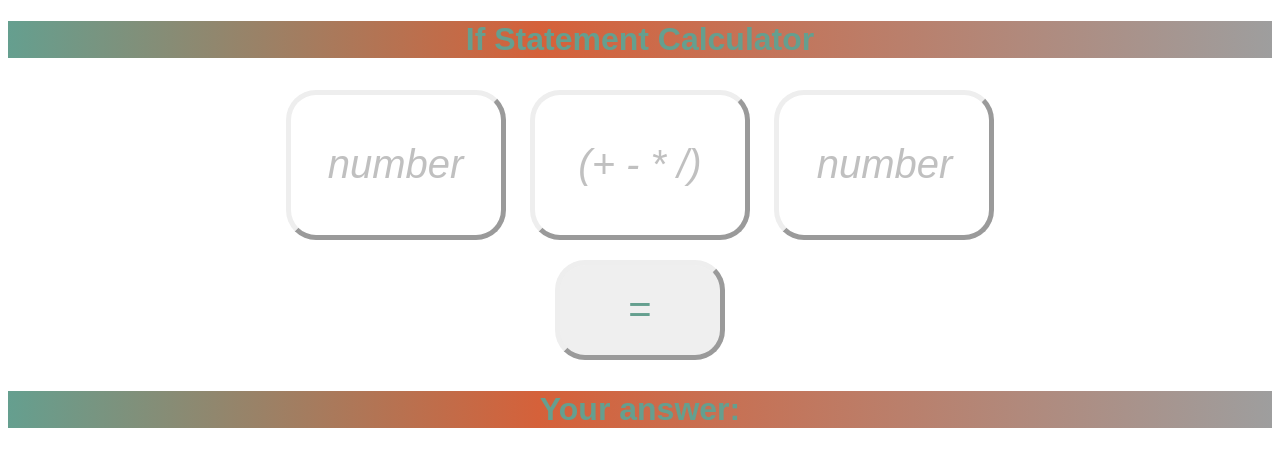
Repository: WesleyErasmus/threeInputCalculator
Page: html/if-calculator.html
These files come from the project's save history. The page is drawn as it stood at one moment and after the next save; the edit follows.
The browser window is 1280 px wide. The pictures show the whole page.

Above is the page before, as saved 2022-04-27 22:56:13.

After the next save:
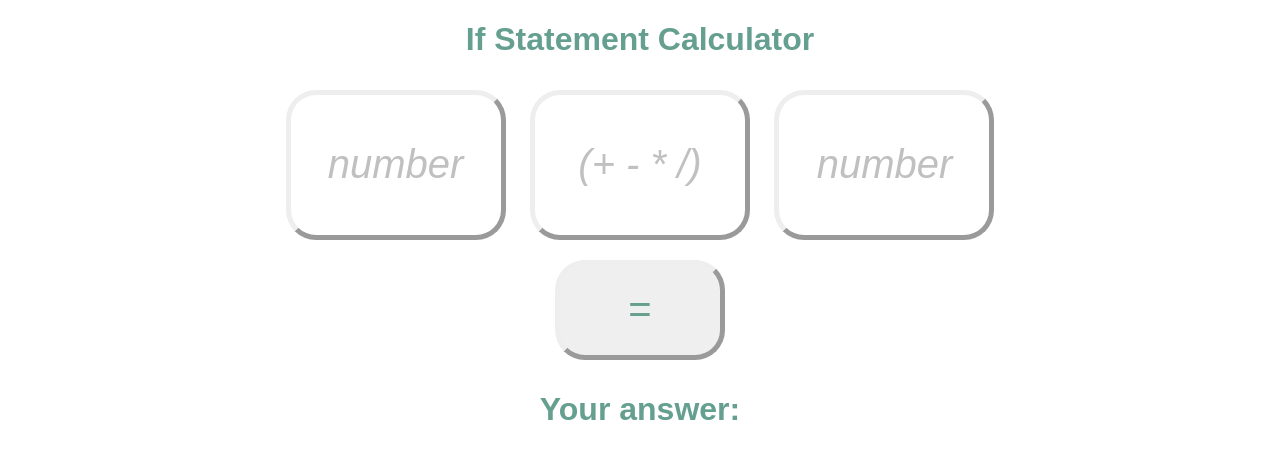
Saved 13 s later.
--- a/css/stylesheet.css
+++ b/css/stylesheet.css
@@ -2,10 +2,12 @@ body {
 font-family: sans-serif;
 /* background-color: #9e9e9e; */
 }
+#topGradientBar {
+    background: rgb(101,159,143);
+background: linear-gradient(90deg, rgba(101,159,143,1) 0%, rgba(213,97,58,1) 42%, rgba(158,158,158,1) 100%);
+}
 h1 {
     color: #659f8f;
-    background: rgb(101,159,143);
-background: linear-gradient(90deg, rgba(101,159,143,1) 0%, rgba(213,97,58,1) 42%, rgba(158,158,158,1) 100%);
 }
 form {
 display: block;
